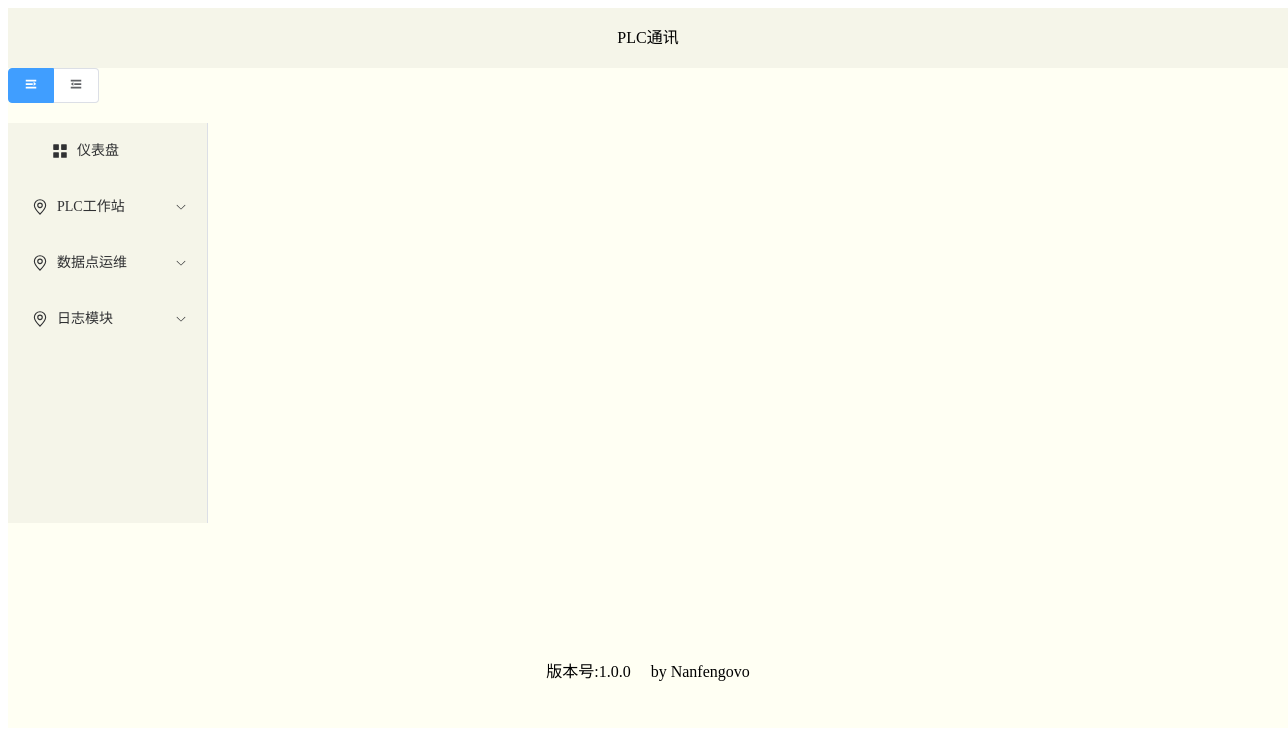
Repository: nanfengovo/HelperWorkStation
Page: /#/frameWork (app in HelperWorkStation/plchelper-ui/)
The author's editor kept a copy of each file at every save. The page is drawn from the files as they stood at one save, then again after the next save.
The browser window is 1280 px wide. The page is 1288 px wide, so the pictures cover 1288 px, including what lies to the right of the window. The pictures show the whole page.
The project was rebuilt for these pictures with package versions that can differ from the ones it lists, and the page was loaded fresh each time. Also part of the build but not shown: HelperWorkStation/plchelper-ui/vite.config.ts, HelperWorkStation/plchelper-ui/src/views/Login/index.vue, HelperWorkStation/plchelper-ui/src/views/FrameWork/layout/panel/index.vue.

Above is the page before, as saved 2024-12-23 22:22:48.

After the next save:
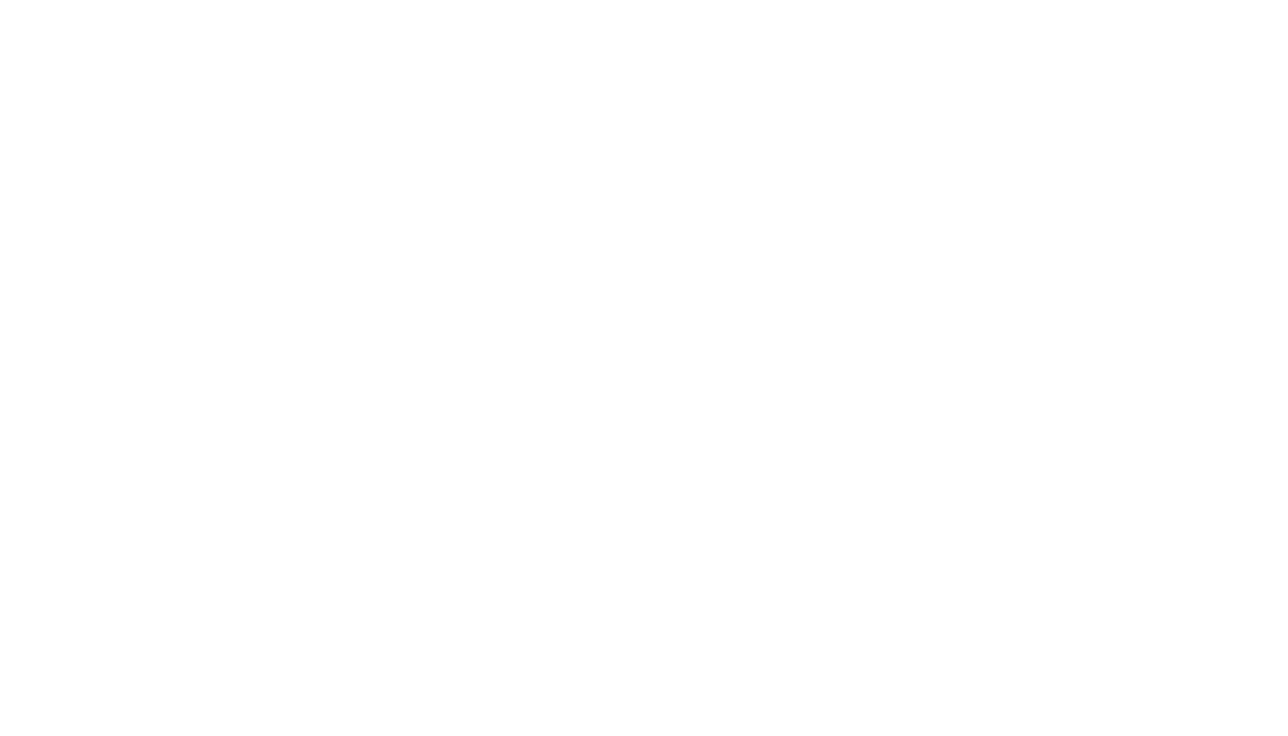
Console error: TypeError: Cannot read properties of undefined (reading '0')
Saved 2 min 19 s later.
--- a/HelperWorkStation/plchelper-ui/src/views/FrameWork/index.vue
+++ b/HelperWorkStation/plchelper-ui/src/views/FrameWork/index.vue
@@ -86,85 +86,7 @@
     Setting,
 } from '@element-plus/icons-vue'
 
-const menu = ref([
-    {
-        index: '1',
-        title: '仪表盘',
-        icon: 'icon-menu',
-        path: '/panel',
-    },
-    {
-        index: '2',
-        title: 'PLC工作站',
-        icon: 'location',
-        children: [
-            {
-                index: '2-1',
-                title: 'Modbus模块',
-                icon: 'location',
-            },
-            {
-                index: '2-2',
-                title: 'S7模块',
-                icon: 'location',
-            },
-            {
-                index: '2-3',
-                title: 'OPC模块',
-                icon: 'location',
-            },
-            {
-                index: '2-4',
-                title: 'FinsTCP模块',
-                icon: 'location',
-            },
-        ],
-    },
-    {
-        index: '3',
-        title: '数据点运维',
-        icon: 'location',
-        children: [
-            {
-                index: '3-1',
-                title: 'Modbus数据点配置',
-                icon: 'location',
-            },
-            {
-                index: '3-2',
-                title: 'S7数据点配置',
-                icon: 'location',
-            },
-            {
-                index: '3-3',
-                title: 'OPC数据点配置',
-                icon: 'location',
-            },
-            {
-                index: '3-4',
-                title: 'FinsTCP数据点模块',
-                icon: 'location',
-            },
-        ],
-    },
-    {
-        index: '4',
-        title: '日志模块',
-        icon: 'location',
-        children: [
-            {
-                index: '4-1',
-                title: '操作日志',
-                icon: 'location',
-            },
-            {
-                index: '4-2',
-                title: '读写日志',
-                icon: 'location',
-            },
-        ],
-    },
-])
+
 const activeIndex = ref('1')
 const activeIndex2 = ref('1')
 const handleSelect = (key: string, keyPath: string[]) => {

After the 4 saves that followed:
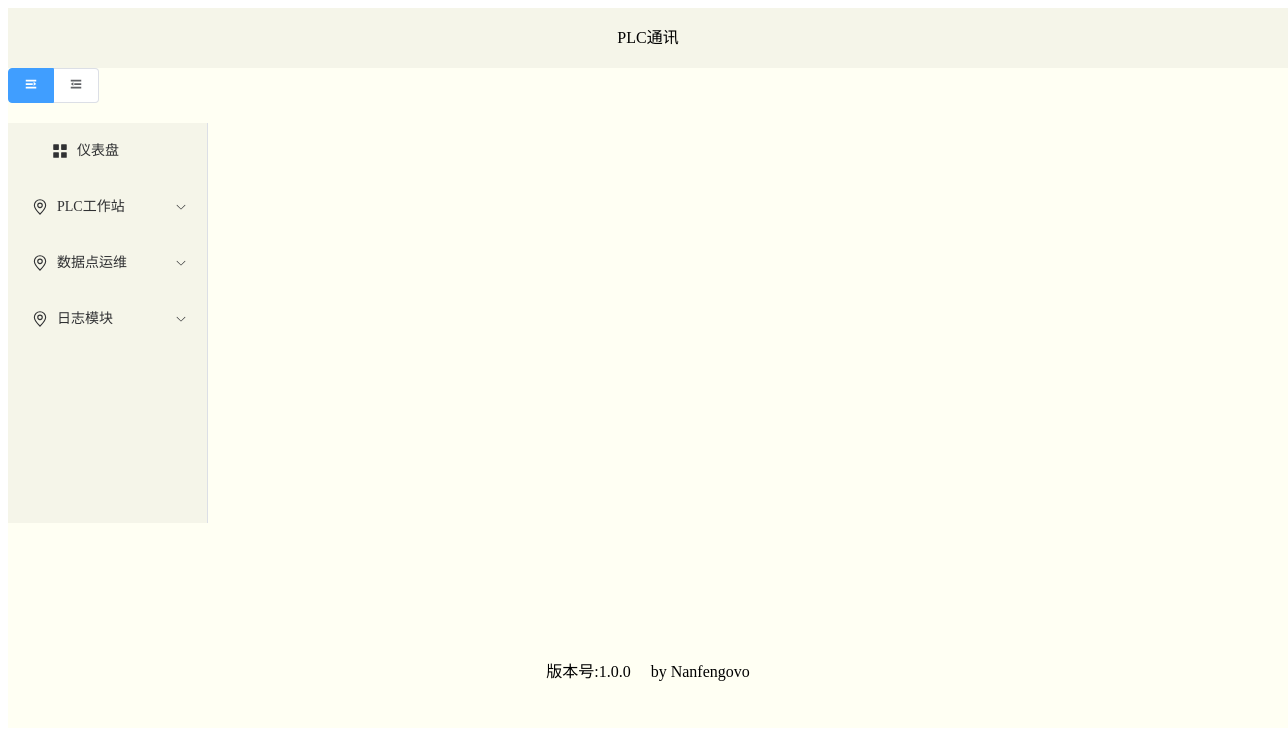
The error is gone.
The 4 saves are shown as one change because 3 left the picture as it was.
The last was saved 5 min 24 s later.
--- a/HelperWorkStation/plchelper-ui/src/router/index.ts
+++ b/HelperWorkStation/plchelper-ui/src/router/index.ts
@@ -6,14 +6,7 @@
 const routes = [
     { path: '/', component: Login },
     { path: '/framework', component: frameWork },
-    { path: '/framework/panel', component: frameWork ,childrenn:[{
-        path: '/panel',
-
-        name: '仪表盘',
-
-        component: () => import('../views/FrameWork/layout/panel/index.vue'),
-
-        meta: { title: '仪表盘', requireAuth: true, affix: true, closable: false },}]},
+    { path: '/framework/panel', component: panel}
     ]
 
 
--- a/HelperWorkStation/plchelper-ui/src/views/FrameWork/index.vue
+++ b/HelperWorkStation/plchelper-ui/src/views/FrameWork/index.vue
@@ -21,7 +21,7 @@
                         @close="handleClose"
                         router
                     >
-                        <el-menu-item :index=menu[0].path>
+                        <el-menu-item index="1">
                             <el-menu-item >
                                 <el-icon><icon-menu /></el-icon>
                                 <template #title>仪表盘</template>
